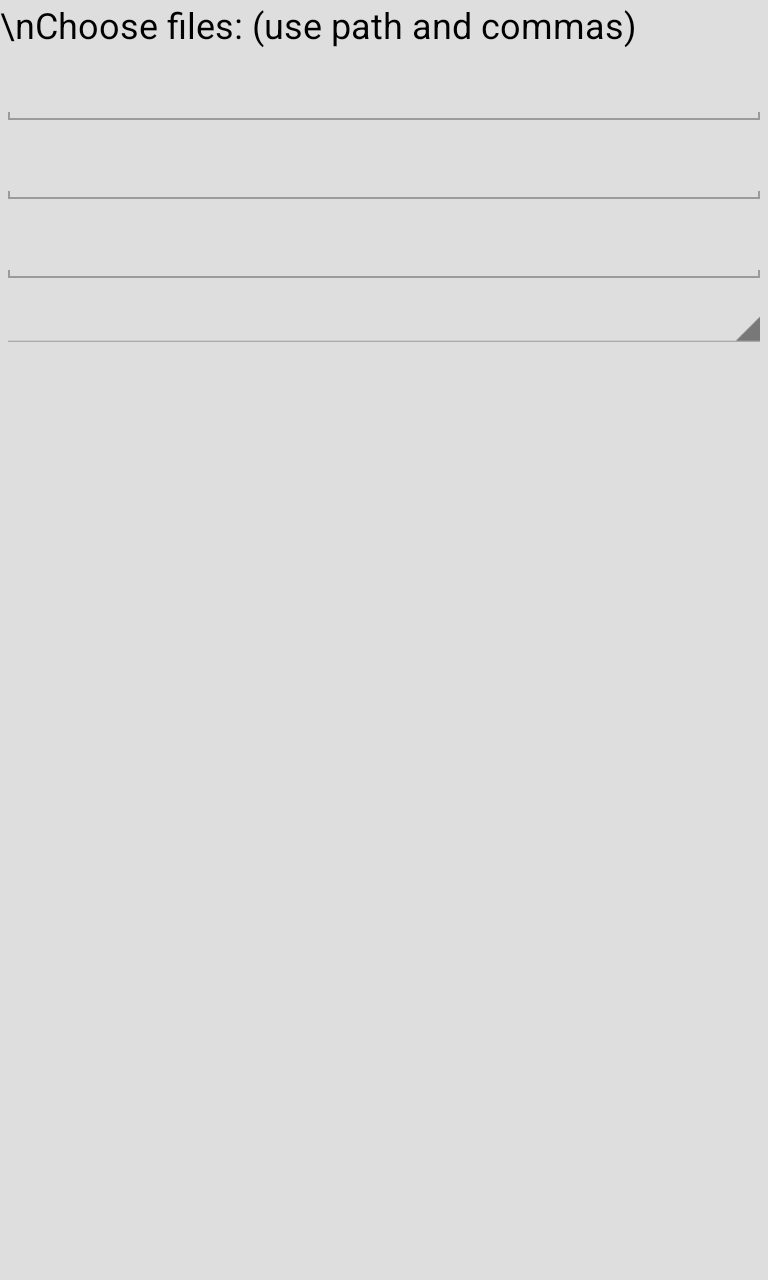
Repository: ya-ivanov/Android-Projects
Layout: Android Projects (OLD)/Zip It!/ZipIt/res/layout/activity_main.xml
The author's editor kept a copy of each file at every save. The layout is drawn from the files as they stood at one save, then again after the next save.
It is drawn on a 768 x 1280 px phone screen (xhdpi) without system bars, with theme AppTheme; the app's code is not run.

Above is the layout before, as saved 2013-12-11 20:14:53.

After the next save:
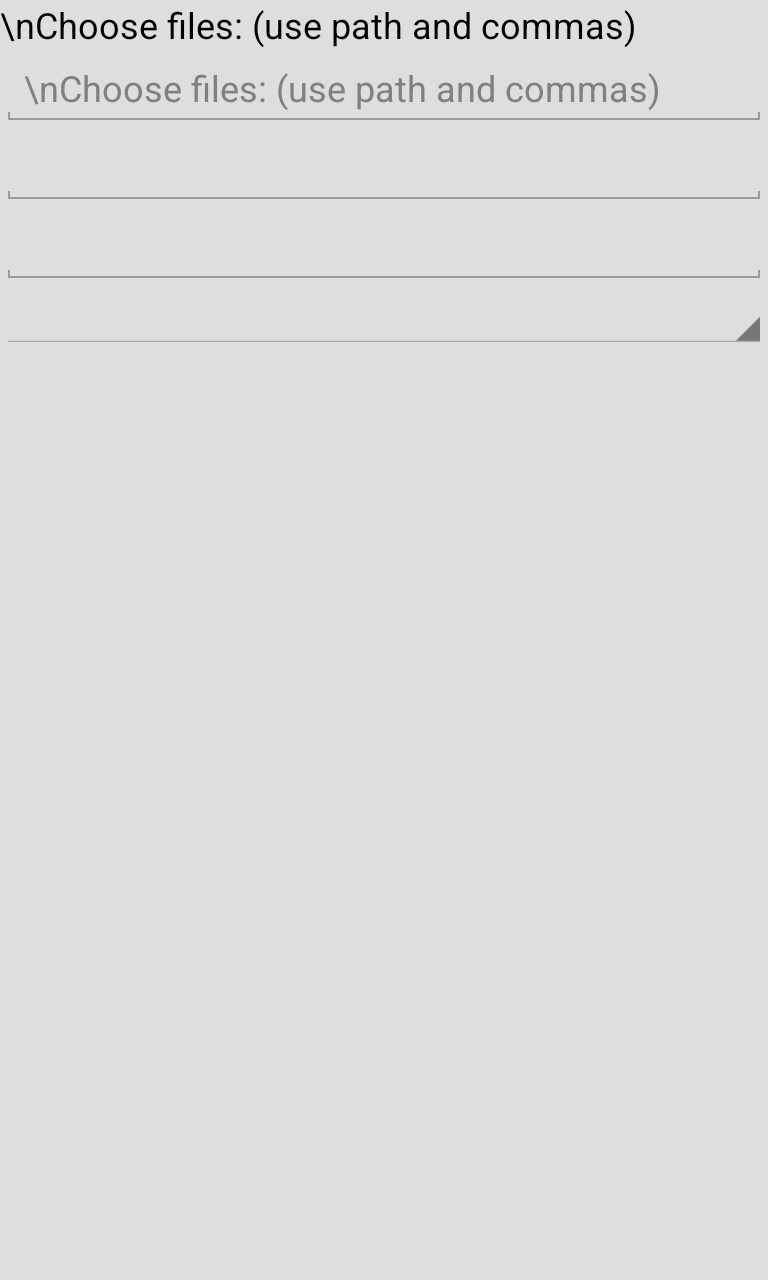
Saved 20 s later.
--- a/Android Projects (OLD)/Zip It!/ZipIt/res/layout/activity_main.xml
+++ b/Android Projects (OLD)/Zip It!/ZipIt/res/layout/activity_main.xml
@@ -15,6 +15,7 @@
         android:id="@+id/files"
         android:layout_width="match_parent"
         android:layout_height="wrap_content"
+        android:hint="\nChoose files: (use path and commas)"
         android:ems="10" >
     </EditText>
 
